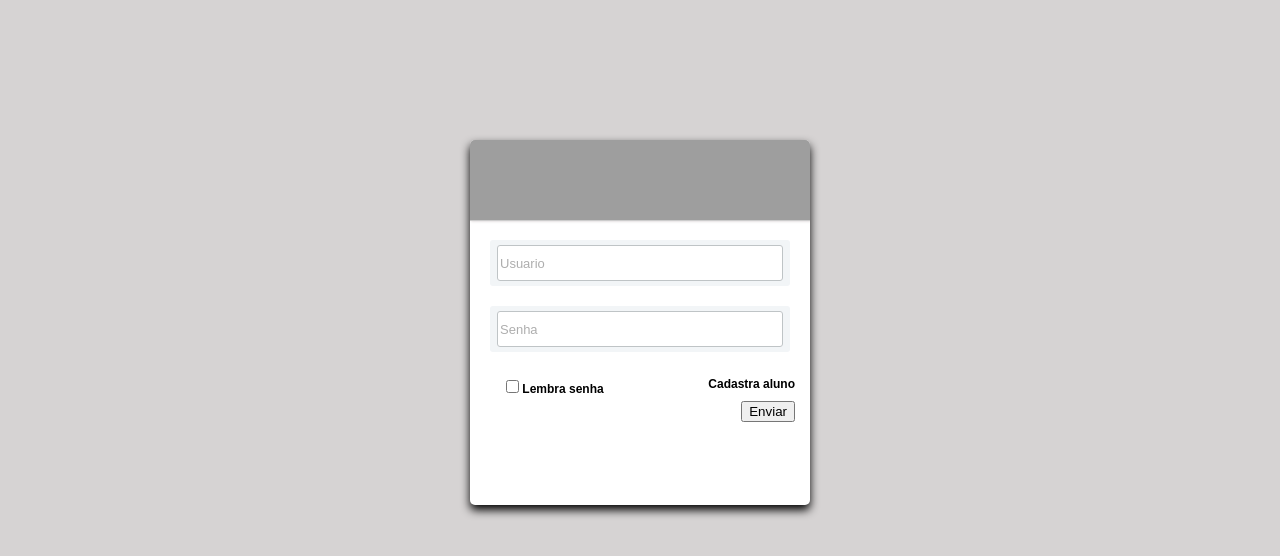
Repository: luisjonson/ProjetoWebAcademia
Page: http://localhost/RepositorioWebProject/Login.jsp
The author's editor kept a copy of each file at every save. The page is drawn from the files as they stood at one save, then again after the next save.
The browser window is 1280 px wide. The pictures show the whole page.
Pictures or frames that could not be fetched are drawn as grey boxes. The page is served by Tomcat 9.

Above is the page before, as saved 2017-04-10 02:25:14.

After the next save:
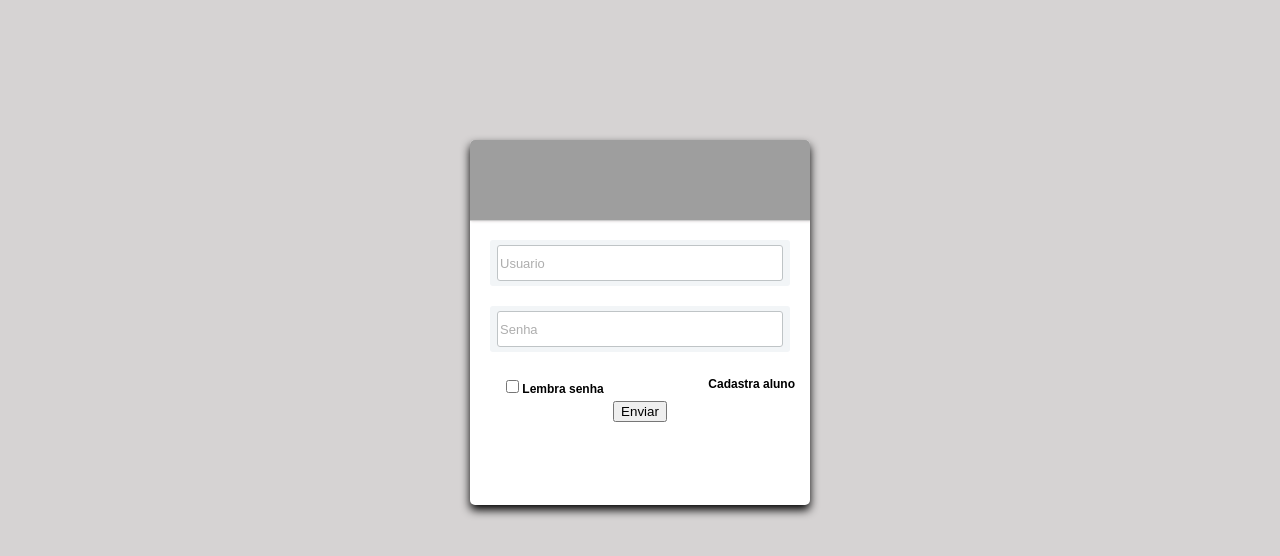
Saved 28 s later.
--- a/Projeto_Web/RepositorioWebProject/WebContent/Login.jsp
+++ b/Projeto_Web/RepositorioWebProject/WebContent/Login.jsp
@@ -103,7 +103,7 @@ body {
     text-shadow:0px 1px 0px white;
   }
   #botao{
-    float:right;
+    float:inherit;
     padding:5px 15px;
     font:bold 12px sans-serif;
     border-radius:20px;
